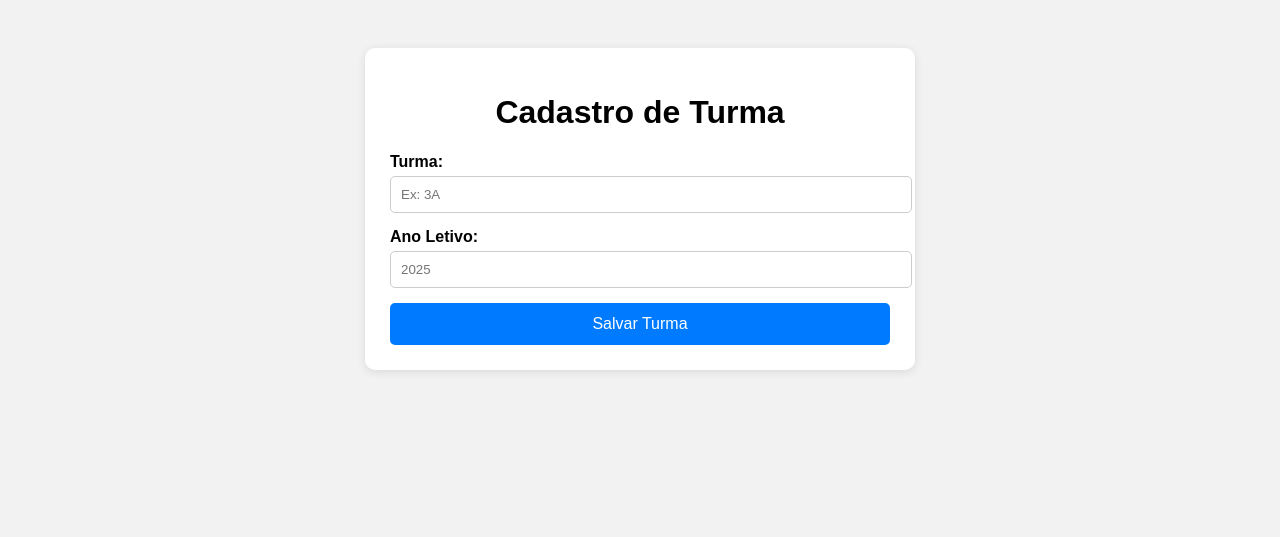
Repository: alfZone/fct
Page: templates/base/turma.html
An editor plug-in stored every save of this project. The page is shown before and after the next save, followed by the edit.
The browser window is 1280 px wide. The pictures show the whole page.

Above is the page before, as saved 2025-12-02 12:44:48.

### templates/base/turma.html

<!DOCTYPE html>
<html lang="pt">
<head>
    <meta charset="UTF-8">
    <title>Gerenciamento de Turmas</title>

    <style>
        body {
            font-family: Arial, sans-serif;
            background-color: #f2f2f2;
            padding: 40px;
        }

        .container {
            max-width: 500px;
            margin: auto;
            background: white;
            padding: 25px;
            border-radius: 10px;
            box-shadow: 0px 2px 10px rgba(0,0,0,0.1);
        }

        h1 {
            text-align: center;
        }

        label {
            font-weight: bold;
        }

        input {
            width: 100%;
            padding: 10px;
            margin-top: 5px;
            margin-bottom: 15px;
            border-radius: 5px;
            border: 1px solid #ccc;
        }

        button {
            width: 100%;
            padding: 12px;
            background-color: #007bff;
            border: none;
            color: white;
            border-radius: 5px;
            cursor: pointer;
            font-size: 16px;
        }

        button:hover {
            background-color: #0056b3;
        }

        #resultado {
            margin-top: 20px;
            padding: 15px;
            background: #e8f5e9;
            border-left: 4px solid #4caf50;
            display: none;
        }
    </style>
</head>
<body>

    <div class="container">
        <h1>Cadastro de Turma</h1>

        <form id="form-turma">
            <label for="turma">Turma:</label>
            <input type="text" id="turma" name="turma" placeholder="Ex: 3A" required>

            <label for="ano-letivo">Ano Letivo:</label>
            <input type="number" id="ano-letivo" name="ano-letivo" placeholder="2025" required>

            <button type="submit">Salvar Turma</button>
        </form>

        <div id="resultado"></div>
    </div>

    <script>
        document.getElementById("form-turma").addEventListener("submit", function(event) {
            event.preventDefault();

            const turma = document.getElementById("turma").value;
            const anoLetivo = document.getElementById("ano-letivo").value;

            const resultadoDiv = document.getElementById("resultado");
            resultadoDiv.innerHTML = `
                <strong>Turma cadastrada com sucesso!</strong><br><br>
                <b>Turma:</b> ${turma}<br>
                <b>Ano Letivo:</b> ${anoLetivo}
            `;
            resultadoDiv.style.display = "block";
        });
    </script>

</body>
</html>

After the next save:
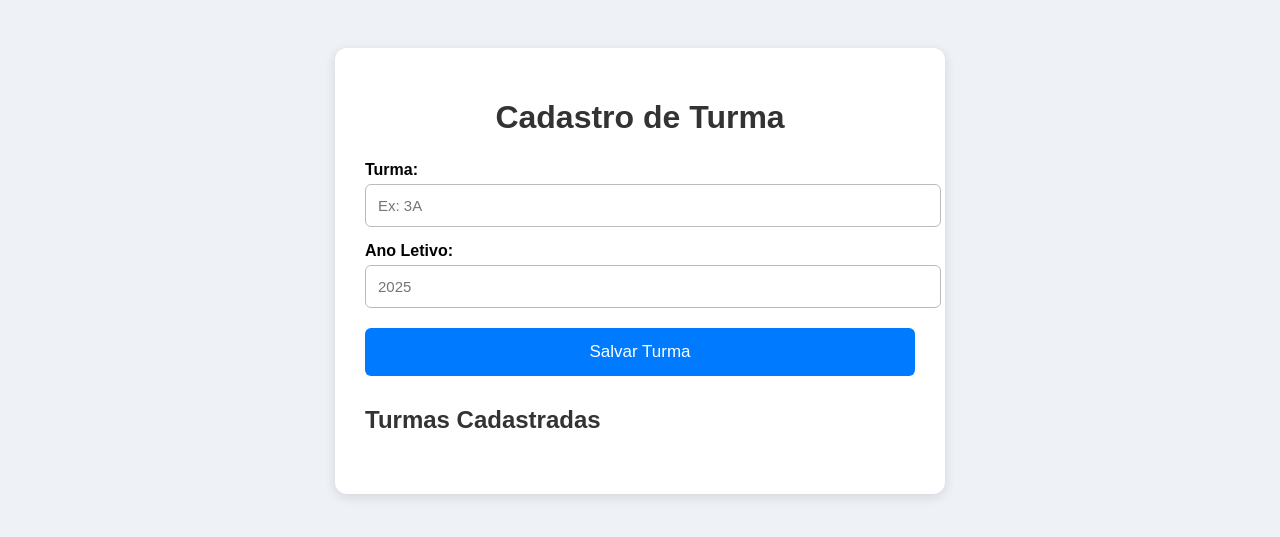
Saved 43 s later.
--- a/templates/base/turma.html
+++ b/templates/base/turma.html
@@ -1,67 +1,101 @@
 
 <!DOCTYPE html>
-<html lang="pt">
+<html lang="pt-br">
 <head>
     <meta charset="UTF-8">
     <title>Gerenciamento de Turmas</title>
 
     <style>
+        :root {
+            --primary: #007bff;
+            --primary-hover: #0056b3;
+            --success-bg: #e8f5e9;
+            --success-border: #4caf50;
+            --danger-bg: #ffebee;
+            --danger-border: #c62828;
+        }
+
         body {
             font-family: Arial, sans-serif;
-            background-color: #f2f2f2;
+            background-color: #eef2f7;
             padding: 40px;
         }
 
         .container {
-            max-width: 500px;
+            max-width: 550px;
             margin: auto;
             background: white;
-            padding: 25px;
-            border-radius: 10px;
-            box-shadow: 0px 2px 10px rgba(0,0,0,0.1);
+            padding: 30px;
+            border-radius: 12px;
+            box-shadow: 0px 3px 12px rgba(0,0,0,0.12);
         }
 
         h1 {
             text-align: center;
+            margin-bottom: 25px;
+            color: #333;
         }
 
         label {
             font-weight: bold;
+            margin-top: 15px;
+            display: block;
         }
 
         input {
             width: 100%;
-            padding: 10px;
+            padding: 12px;
             margin-top: 5px;
-            margin-bottom: 15px;
-            border-radius: 5px;
-            border: 1px solid #ccc;
+            border-radius: 6px;
+            border: 1px solid #bbb;
+            font-size: 15px;
+        }
+
+        input:focus {
+            border-color: var(--primary);
+            outline: none;
+            box-shadow: 0 0 5px rgba(0,123,255,0.3);
         }
 
         button {
             width: 100%;
-            padding: 12px;
-            background-color: #007bff;
+            padding: 14px;
+            margin-top: 20px;
+            background-color: var(--primary);
             border: none;
             color: white;
-            border-radius: 5px;
+            border-radius: 6px;
+            font-size: 17px;
             cursor: pointer;
-            font-size: 16px;
         }
 
         button:hover {
-            background-color: #0056b3;
+            background-color: var(--primary-hover);
         }
 
         #resultado {
             margin-top: 20px;
             padding: 15px;
-            background: #e8f5e9;
-            border-left: 4px solid #4caf50;
+            background: var(--success-bg);
+            border-left: 4px solid var(--success-border);
             display: none;
+            border-radius: 6px;
+        }
+
+        #lista-turmas {
+            margin-top: 30px;
+        }
+
+        .turma-item {
+            padding: 12px;
+            background: #fafafa;
+            border: 1px solid #ddd;
+            border-radius: 6px;
+            margin-bottom: 10px;
         }
     </style>
 </head>
+
 <body>
 
     <div class="container">
@@ -69,32 +103,78 @@
 
         <form id="form-turma">
             <label for="turma">Turma:</label>
-            <input type="text" id="turma" name="turma" placeholder="Ex: 3A" required>
+            <input type="text" id="turma" placeholder="Ex: 3A" required>
 
             <label for="ano-letivo">Ano Letivo:</label>
-            <input type="number" id="ano-letivo" name="ano-letivo" placeholder="2025" required>
+            <input type="number" id="ano-letivo" placeholder="2025" required>
 
             <button type="submit">Salvar Turma</button>
         </form>
 
         <div id="resultado"></div>
+
+        <h2 style="margin-top: 30px; color: #333;">Turmas Cadastradas</h2>
+        <div id="lista-turmas"></div>
     </div>
 
     <script>
-        document.getElementById("form-turma").addEventListener("submit", function(event) {
+        const form = document.getElementById("form-turma");
+        const resultadoDiv = document.getElementById("resultado");
+        const listaDiv = document.getElementById("lista-turmas");
+
+        let turmas = [];
+
+        form.addEventListener("submit", function(event) {
             event.preventDefault();
 
-            const turma = document.getElementById("turma").value;
-            const anoLetivo = document.getElementById("ano-letivo").value;
+            const turma = document.getElementById("turma").value.trim();
+            const anoLetivo = document.getElementById("ano-letivo").value.trim();
 
-            const resultadoDiv = document.getElementById("resultado");
+            // Validação básica extra
+            if (turma === "" || anoLetivo === "") {
+                mostrarErro("Preencha todos os campos corretamente!");
+                return;
+            }
+
+            const novaTurma = { turma, anoLetivo };
+            turmas.push(novaTurma);
+
+            // Mensagem de sucesso
             resultadoDiv.innerHTML = `
                 <strong>Turma cadastrada com sucesso!</strong><br><br>
                 <b>Turma:</b> ${turma}<br>
                 <b>Ano Letivo:</b> ${anoLetivo}
             `;
             resultadoDiv.style.display = "block";
+
+            // Atualiza lista visual
+            atualizarLista();
+
+            // Limpa campos
+            form.reset();
         });
+
+        function mostrarErro(msg) {
+            resultadoDiv.innerHTML = `
+                <strong style="color:#c62828;">Erro:</strong><br>${msg}
+            `;
+            resultadoDiv.style.background = "var(--danger-bg)";
+            resultadoDiv.style.borderLeft = `4px solid var(--danger-border)`;
+            resultadoDiv.style.display = "block";
+        }
+
+        function atualizarLista() {
+            listaDiv.innerHTML = "";
+
+            turmas.forEach((t, i) => {
+                const item = document.createElement("div");
+                item.className = "turma-item";
+                item.innerHTML = `
+                    <b>${t.turma}</b> — Ano: ${t.anoLetivo}
+                `;
+                listaDiv.appendChild(item);
+            });
+        }
     </script>
 
 </body>
